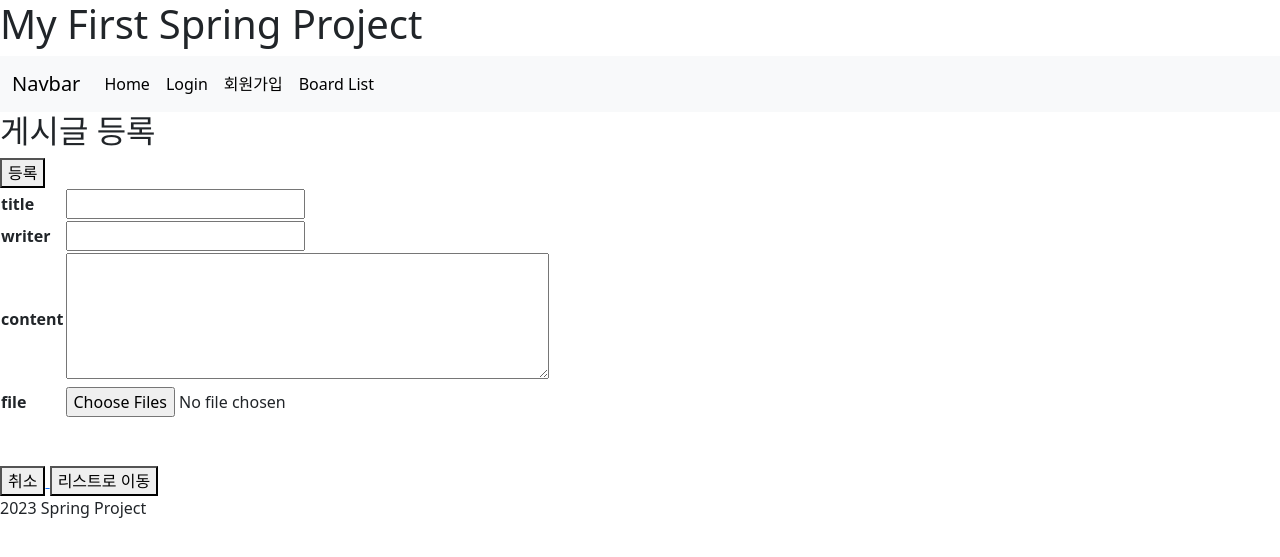
Repository: HongSeungBo/secondspring
Page: http://localhost/spring_test/WEB-INF/views/board/register.jsp
These files come from the project's save history. The page is drawn as it stood at one moment and after the next save; the edit follows.
The browser window is 1280 px wide. The pictures show the whole page.
The page is served by Tomcat 9. Nobody is signed in. Other server files are loaded and not shown. The template is opened directly, without the code that normally fills it, so the values that code supplies are empty.

Above is the page before, as saved 2023-10-12 07:53:02.

### spring test/src/main/webapp/WEB-INF/views/board/register.jsp
<%@ page language="java" contentType="text/html; charset=UTF-8"
    pageEncoding="UTF-8"%>
   <%@ taglib uri="http://java.sun.com/jsp/jstl/core" prefix="c" %>
<!DOCTYPE html>
<html>
<head>
<meta charset="UTF-8">
<title>Insert title here</title>
</head>
<body>
	<jsp:include page="../layout/header.jsp"></jsp:include>
	<h2>게시글 등록</h2>
	<!-- mapping 상태는 get / post가 별도의 mapping을 가짐 -->
	<form action="/board/register" method="post">
		<table>
			<tr>
				<th>title</th>
				<td>
					<input type="text" name="title">
				</td>
			</tr>
			<tr>
				<th>writer</th>
				<td>
					<input type="text" name="writer" value="${ses.id }" readonly="readonly">
				</td>
			</tr>
			<tr>
				<th>content</th>
				<td>
					<textarea rows="5" cols="50" name="content"></textarea>
				</td>
			</tr>
			<tr>
				<th>file</th>
				<td>
					<input type="file" id="file" name="files" multiple="multiple">
				</td>
			</tr>
			<button type="submit">등록</button>
		</table>
	</form>
	<br><br>
	<a href="/">
		<button type="button">취소</button>
	</a>
	<a href="/board/list">
		<button type="button">리스트로 이동</button>
	</a>

	<jsp:include page="../layout/footer.jsp"></jsp:include>
</body>
</html>

### spring test/src/main/webapp/WEB-INF/views/layout/header.jsp
<%@ page language="java" contentType="text/html; charset=UTF-8"
    pageEncoding="UTF-8"%>
    <%@ taglib prefix="c" uri="http://java.sun.com/jsp/jstl/core" %>
<!DOCTYPE html>
<html>
<head>
<meta charset="UTF-8">
<title>Insert title here</title>
<link href="https://cdn.jsdelivr.net/npm/bootstrap@5.3.1/dist/css/bootstrap.min.css" rel="stylesheet"
integrity="sha384-4bw+/aepP/YC94hEpVNVgiZdgIC5+VKNBQNGCHeKRQN+PtmoHDEXuppvnDJzQIu9" crossorigin="anonymous">
<script src="https://cdn.jsdelivr.net/npm/bootstrap@5.3.1/dist/js/bootstrap.bundle.min.js"
integrity="sha384-HwwvtgBNo3bZJJLYd8oVXjrBZt8cqVSpeBNS5n7C8IVInixGAoxmnlMuBnhbgrkm" crossorigin="anonymous"></script>
</head>
<body>
<h1> My First Spring Project </h1>
<nav class="navbar navbar-expand-lg bg-body-tertiary">
  <div class="container-fluid">
    <a class="navbar-brand" href="#">Navbar</a>
    <button class="navbar-toggler" type="button" data-bs-toggle="collapse" data-bs-target="#navbarSupportedContent" aria-controls="navbarSupportedContent" aria-expanded="false" aria-label="Toggle navigation">
      <span class="navbar-toggler-icon"></span>
    </button>
    <div class="collapse navbar-collapse" id="navbarSupportedContent">
      <ul class="navbar-nav me-auto mb-2 mb-lg-0">
        <li class="nav-item">
          <a class="nav-link active" aria-current="page" href="/">Home</a>
        </li>
        <c:if test="${ses.id eq null }">
	        <li class="nav-item">
	          <a class="nav-link active" aria-current="page" href="/member/login">Login</a>
	        </li>
        </c:if>
        <c:if test="${ses.id ne null }">
	        <li class="nav-item">
	          <a class="nav-link active" aria-current="page" href="logout">Logout</a>
	        </li>
        </c:if>
        <li class="nav-item">
          <a class="nav-link active" aria-current="page" href="/member/signUp">회원가입</a>
        </li>
        <c:if test="${ses.id ne null }">
	        <li class="nav-item">
	          <a class="nav-link active" aria-current="page" href="/board/register">REG</a>
	        </li>
        </c:if>
        <c:if test="${ses.id ne null }">
	        <li class="nav-item">
	          <a class="nav-link active" aria-current="page" href="/member/modify">회원정보 수정</a>
	        </li>
        </c:if>
        <li class="nav-item">
          <a class="nav-link active" aria-current="page" href="/board/list">Board List</a>
        </li>
        <!-- <li class="nav-item">
          <a class="nav-link" href="#">Link</a>
        </li>
        <li class="nav-item dropdown">
          <a class="nav-link dropdown-toggle" href="#" role="button" data-bs-toggle="dropdown" aria-expanded="false">
            Dropdown
          </a>
          <ul class="dropdown-menu">
            <li><a class="dropdown-item" href="#">Action</a></li>
            <li><a class="dropdown-item" href="#">Another action</a></li>
            <li><hr class="dropdown-divider"></li>
            <li><a class="dropdown-item" href="#">Something else here</a></li>
          </ul>
        </li>
        <li class="nav-item">
          <a class="nav-link disabled" aria-disabled="true">Disabled</a>
        </li>
      </ul>
      <form class="d-flex" role="search">
        <input class="form-control me-2" type="search" placeholder="Search" aria-label="Search">
        <button class="btn btn-outline-success" type="submit">Search</button> -->
      </form>
    </div>
  </div>
</nav>

### spring test/src/main/webapp/WEB-INF/views/layout/footer.jsp
<%@ page language="java" contentType="text/html; charset=UTF-8"
    pageEncoding="UTF-8"%>
<!DOCTYPE html>
<html>
<head>
<meta charset="UTF-8">
<title>Insert title here</title>
</head>
<body>
<div> 2023 Spring Project </div>
</body>
</html>

After the next save:
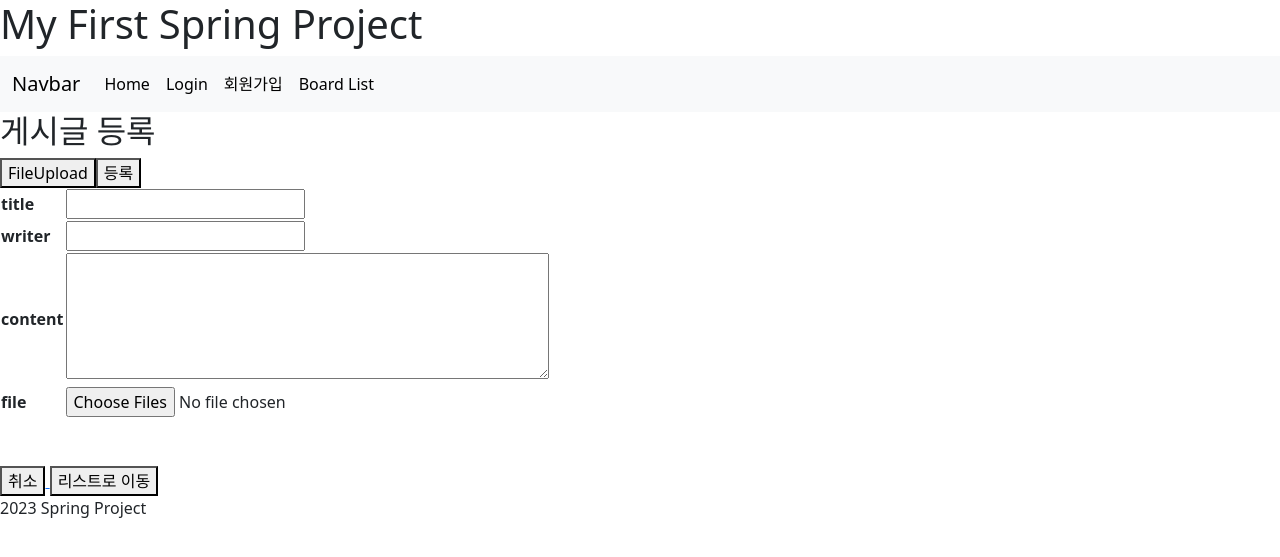
Saved 2 min 43 s later.
--- a/spring test/src/main/webapp/WEB-INF/views/board/register.jsp
+++ b/spring test/src/main/webapp/WEB-INF/views/board/register.jsp
@@ -37,6 +37,7 @@
 					<input type="file" id="file" name="files" multiple="multiple">
 				</td>
 			</tr>
+			<button>FileUpload</button>
 			<button type="submit">등록</button>
 		</table>
 	</form>
